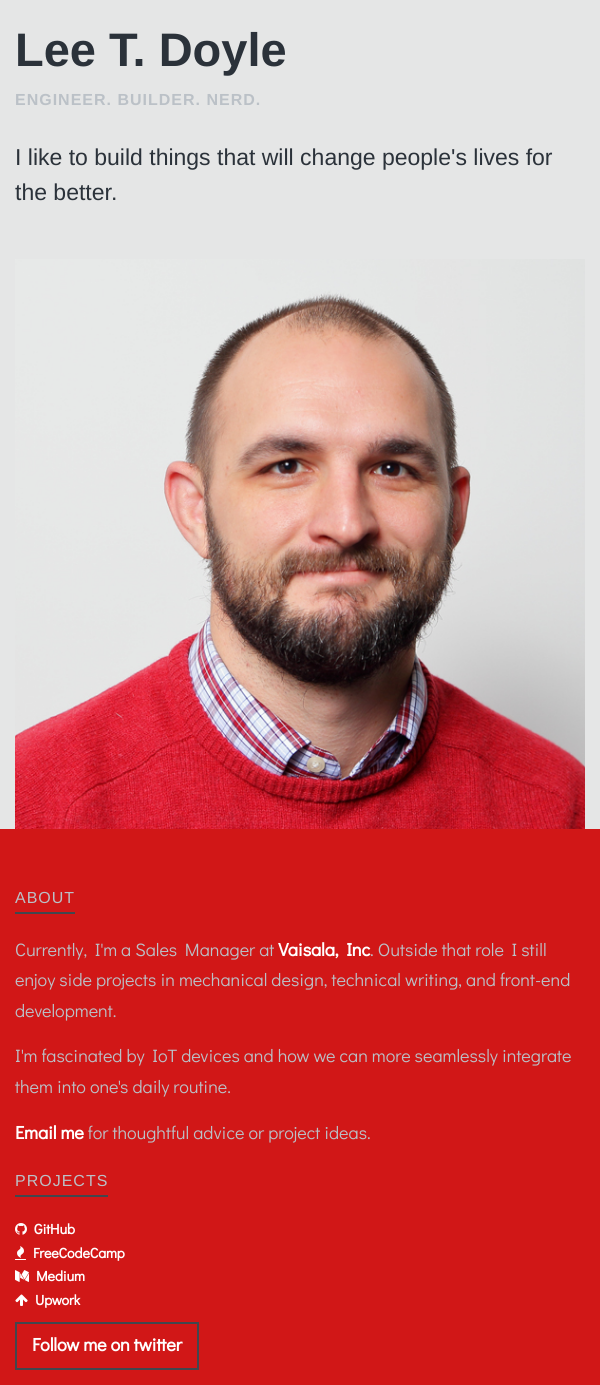
Repository: ldoyle0/ldoyle0.github.io
Page: index.html
The author's editor kept a record of every edit. The page is drawn from the files as they stood at one moment, then again after the next edit.
The browser window is 600 px wide. The pictures show the whole page.
Some web libraries are served in a nearby version.

Above is the page before.

After the next edit:
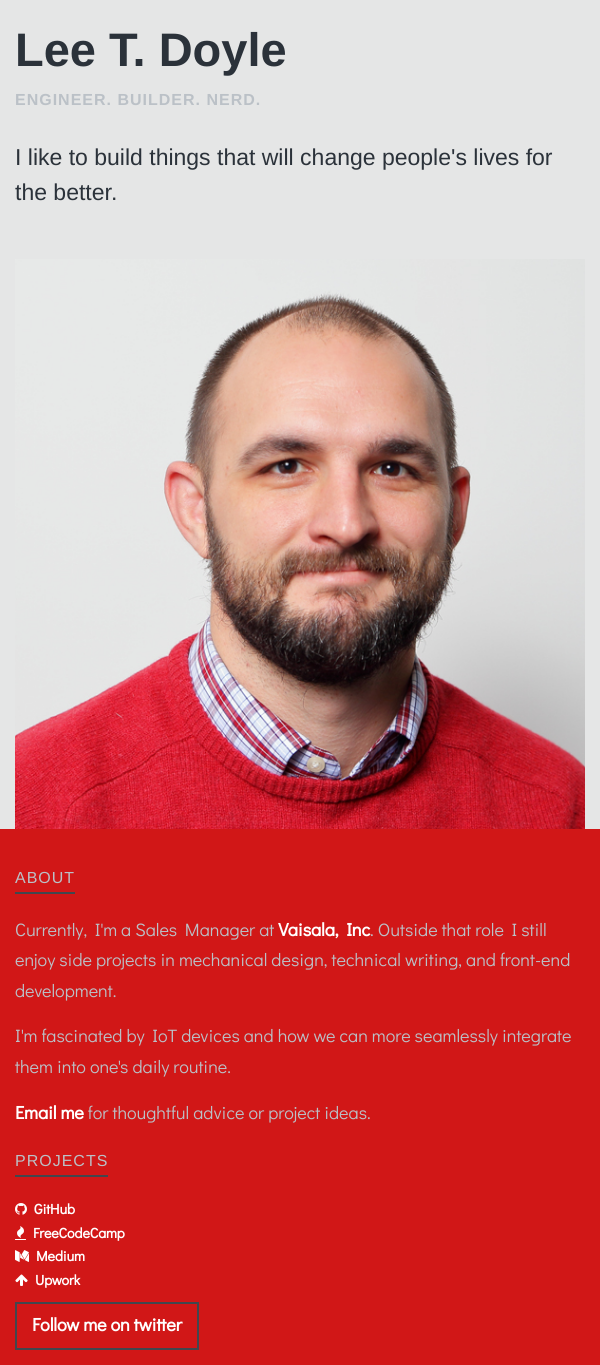
The edit:
--- a/css/style.css
+++ b/css/style.css
@@ -132,32 +132,39 @@
 
 /* Footer */
 
+footer {
+  padding-top: 75px;
+  padding-bottom: 0;
+}
+@media only screen and (max-width: 767px) {
+  footer {
+    padding-top: 30px;
+    padding-bottom: 0;
+  }
+}
 footer ul,
 footer ul li {
   list-style-type: none;
+  padding: 0;
   margin: 0;
-  padding: 0;
 }
-
-
-
-footer {
-  padding-top: 50px;
-  padding-bottom: 0;
-  margin-bottom: 0;
+footer .row > div {
+  padding-bottom: 75px;
 }
-
-footer p {
-  margin-bottom: 15px;
+@media only screen and (max-width: 767px) {
+  footer .row > div {
+    padding-bottom: 50px;
+  }
 }
-
 footer .follow-btn {
   border: 2px solid #41474e;
   padding: 5px 15px 8px 15px;
   margin-top: 10px;
   display: inline-block;
 }
-
 footer .follow-btn:hover {
   background-color: #41474e;
 }
+footer p {
+  margin-bottom: 15px;
+}
